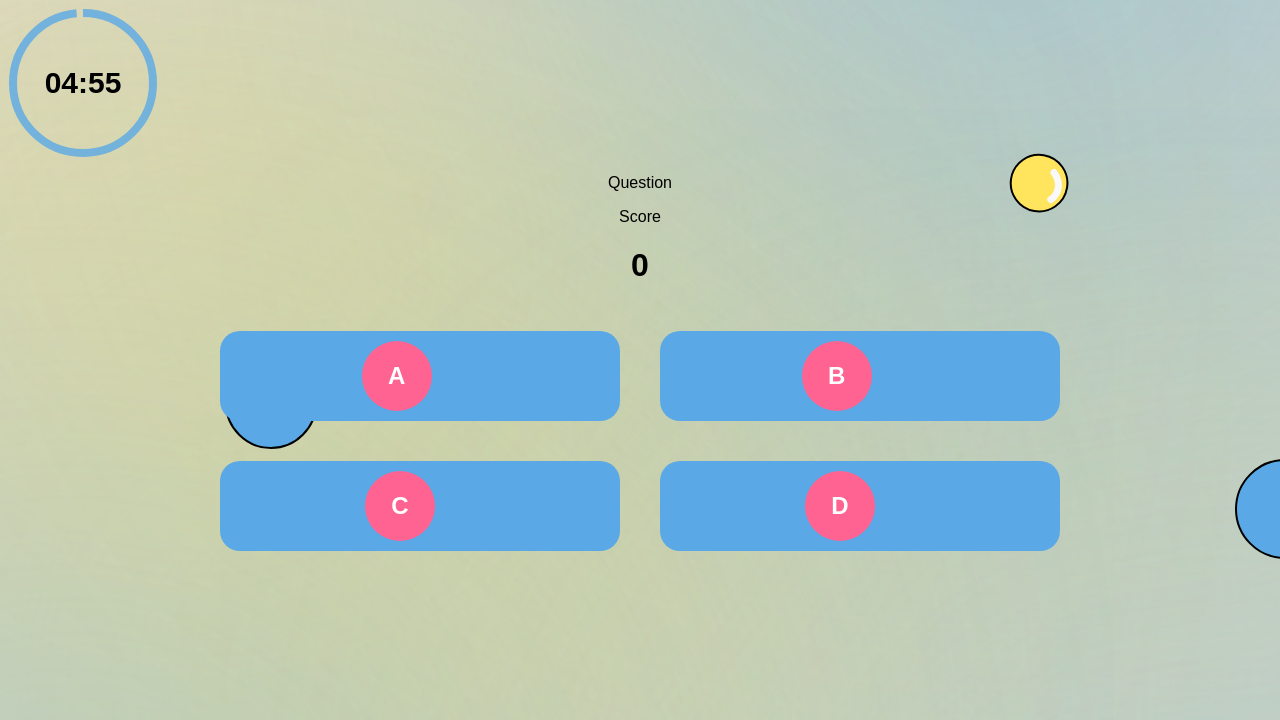
Repository: sierralaurent/SmartiePants
Page: quiz.html
The author's editor kept a copy of each file at every save. The page is drawn from the files as they stood at one save, then again after a run of saves.
The browser window is 1280 px wide. The pictures show the whole page.
The page's requests for data from a server got no answer.

Above is the page before, as saved 2023-05-16 22:05:48.

### quiz.html
<!DOCTYPE html>
<html lang="en">
    <!--Actual Quiz page-->
  <head>
    <meta charset="UTF-8" />
    <meta name="viewport" content="width=device-width, initial-scale=1.0" />
    <meta http-equiv="X-UA-Compatible" content="ie=edge" />
    <title>SMARTIEPANTS | PLAY</title>
    <link rel="stylesheet" href="quiz.css" />
  </head>
<body>
  <div id="time">
    <div class="circle" style="--clr:#ff2972">
        <div class="dots"></div>
        <svg>
            <circle cx="70" cy="70" r="70" id="dd"></circle>
        </svg>
        <div id="timeLeft">00:00</div>
    </div>
</div>

<div class="container">
    <div id="loader"></div>
    <div id="game" >
      <div id="hud">
        <div id="hud-item">
          <p id="progressText">
            Question
          </p>
          <div id="progressBar">
            <div id="progressBarFull"></div>
          </div>
        </div>
        <div id="hud-item">
          <p>
            Score
          </p>
          <h1 id="score">
            0
          </h1>
        </div>
      </div>
      <h2 class="question" id="question"></h2>
      <div class="choice-a-b">
        <div class="choice-container">
          <p class="choice-prefix">A </p> &nbsp;
          <p class="choice-text" data-number="1"></p>
        </div>
        <div class="choice-container">
          <p class="choice-prefix">B </p>&nbsp;
          <p class="choice-text" data-number="2"></p>
        </div>
      </div>


<div class="choice-c-d">
  <div class="choice-container">
    <p class="choice-prefix">C </p>
    <p class="choice-text" data-number="3"></p>
  </div>
  <div class="choice-container">
    <p class="choice-prefix">D </p>
    <p class="choice-text" data-number="4"></p>
  </div>
</div>

    </div>
  </div>
  <script src="quiz.js"></script>
  <script src="timer.js"></script>
</body>
</html>

### quiz.css
body {
    background-image: url('./background.svg');
}

#time .circle svg{
    position: relative;
    width: 150px;
    height: 150px;
    transform: rotate(270deg);
    }

    #time .circle svg circle{
        fill: transparent;
        stroke-width: 8;
        stroke: rgba(90, 169, 230, 0.8);
        transform: translate(5px,5px);
        stroke-dasharray: 440;
    }

    #time .circle{
        position: relative;
        width: 150px;
        height: 150px;
        display: flex;
        justify-content: center;
        align-items: center;
    }

    #time div{
        position: absolute;
        text-align: center;
        font-family: Arial, Helvetica, sans-serif;
        font-weight: bold;
        font-size: 30px;
    }

    .container{
        display: flex;
        justify-content: center;
        text-align: center;
        font-family: Arial, Helvetica, sans-serif;
    }

.choice-container{
    display: flex;
    align-items: center;
    background-color: rgba(90, 169, 230, 1);
    margin: 20px;
    justify-content: center;
    font-size: 24px;
    padding: 20px;
    border-radius: 20px;
    color: white;
    width: 360px;
    height: 50px;
    font-weight: bold;
}

.choice-a-b{
    display: flex;
     justify-content: center;
}

.choice-c-d{
    display: flex;
     justify-content: center;
}

.choice-prefix{
   width: 70px;
  height: 70px;
  border-radius: 100%;
  background: #FF6392;
  color: white;
  display: flex;
  align-items: center;
  justify-content: center;
  font-size: 24px;
margin-right: 20px;
}

.choice-text{
     margin-left: 20px;
}

.question{
    font-size: 32px;

    border: 4px  rgba(90, 169, 230, 1);
}

### quiz.js
const question = document.getElementById('question');
const choices = Array.from(document.getElementsByClassName('choice-text'));
const progressText = document.getElementById('progressText');
const scoreText = document.getElementById('score');
const progressBarFull = document.getElementById('progressBarFull');
const loader = document.getElementById('loader');
const game = document.getElementById('game');
let currentQuestion = {};
let acceptingAnswers = false;
let score = 0;
let questionCounter = 0;
let availableQuesions = [];

let questions = [];

fetch(
    'https://opentdb.com/api.php?amount=10&difficulty=easy&type=multiple'
)
    .then((res) => {
        return res.json();
    })
    .then((loadedQuestions) => {
        questions = loadedQuestions.results.map((loadedQuestion) => {
            const formattedQuestion = {
                question: loadedQuestion.question,
            };

            const answerChoices = [...loadedQuestion.incorrect_answers];
            formattedQuestion.answer = Math.floor(Math.random() * 4) + 1;
            answerChoices.splice(
                formattedQuestion.answer - 1,
                0,
                loadedQuestion.correct_answer
            );

            answerChoices.forEach((choice, index) => {
                formattedQuestion['choice' + (index + 1)] = choice;
            });

            return formattedQuestion;
        });

        startGame();
    })
    .catch((err) => {
        console.error(err);
    });

//CONSTANTS
const CORRECT_BONUS = 10;
const MAX_QUESTIONS = 10;

startGame = () => {
    questionCounter = 0;
    score = 0;
    availableQuesions = [...questions];
    getNewQuestion();
    game.classList.remove('hidden');
    loader.classList.add('hidden');
};

getNewQuestion = () => {
    if (availableQuesions.length === 0 || questionCounter >= MAX_QUESTIONS) {
        localStorage.setItem('mostRecentScore', score);
        //go to the end page
        return window.location.assign('/end.html');
    }
    questionCounter++;
    progressText.innerText = `Question ${questionCounter}/${MAX_QUESTIONS}`;
    //Update the progress bar
    progressBarFull.style.width = `${(questionCounter / MAX_QUESTIONS) * 100}%`;

    const questionIndex = Math.floor(Math.random() * availableQuesions.length);
    currentQuestion = availableQuesions[questionIndex];
    question.innerHTML = currentQuestion.question;

    choices.forEach((choice) => {
        const number = choice.dataset['number'];
        choice.innerHTML = currentQuestion['choice' + number];
    });

    availableQuesions.splice(questionIndex, 1);
    acceptingAnswers = true;
};

choices.forEach((choice) => {
    choice.addEventListener('click', (e) => {
        if (!acceptingAnswers) return;

        acceptingAnswers = false;
        const selectedChoice = e.target;
        const selectedAnswer = selectedChoice.dataset['number'];

        const classToApply =
            selectedAnswer == currentQuestion.answer ? 'correct' : 'incorrect';

        if (classToApply === 'correct') {
            incrementScore(CORRECT_BONUS);
        }

        selectedChoice.parentElement.classList.add(classToApply);

        setTimeout(() => {
            selectedChoice.parentElement.classList.remove(classToApply);
            getNewQuestion();
        }, 1000);
    });
});

incrementScore = (num) => {
    score += num;
    scoreText.innerText = score;
};

### timer.js

        let timeLeft = document.getElementById("timeLeft");
        let countdownCircle = document.getElementById('dd');
        let dots = document.querySelector('.dots');
        let endTime = new Date();
        endTime.setMinutes(endTime.getMinutes() + 5);

        let x = setInterval(function(){
            let now = new Date().getTime();
            let distance = endTime - now;


            let minutes = Math.floor((distance % (1000 * 60 * 60)) / (1000 * 60));
            let seconds = Math.floor((distance % (1000 * 60)) / 1000);


            timeLeft.innerHTML = minutes.toString().padStart(2, '0') + ":" +
                                  seconds.toString().padStart(2, '0');


            let radius = (distance / (endTime - now)) * 70;
            countdownCircle.setAttribute('r', radius);

            if (distance <= 0) {
                clearInterval(x);
                timeLeft.innerHTML = "00:00";
                showAlert();

            }

            dd.style.strokeDashoffset = 440 - (440 * (distance / (5 * 60 * 1000)));

        }, 1000);
        function showAlert(){
            alert("time is over");
        }

After the next 2 saves:
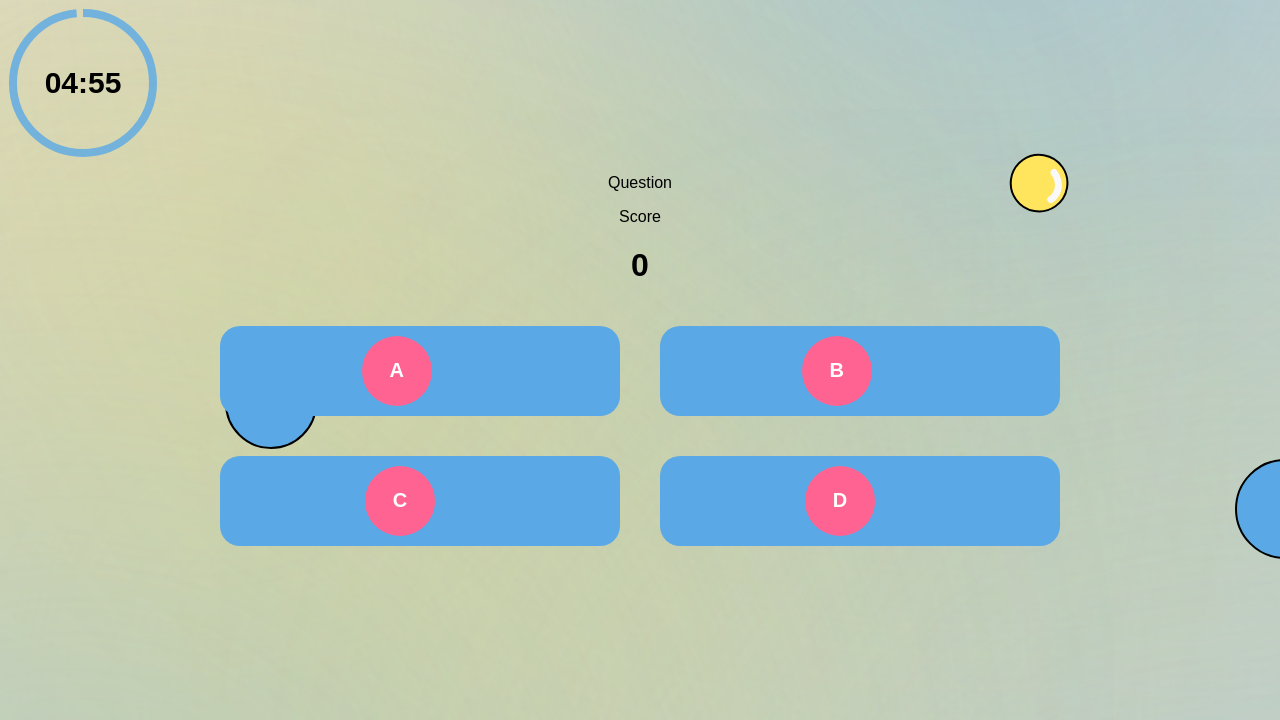
The 2 saves are shown as one change because they came seconds apart.
The last was saved 20 s later.
--- a/quiz.css
+++ b/quiz.css
@@ -75,7 +75,7 @@ body {
   display: flex;
   align-items: center;
   justify-content: center;
-  font-size: 24px;
+  font-size: 20px;
 margin-right: 20px;
 }
 
@@ -84,7 +84,7 @@ margin-right: 20px;
 }
 
 .question{
-    font-size: 32px;
+    font-size: 25px;
 
     border: 4px  rgba(90, 169, 230, 1);
 }
